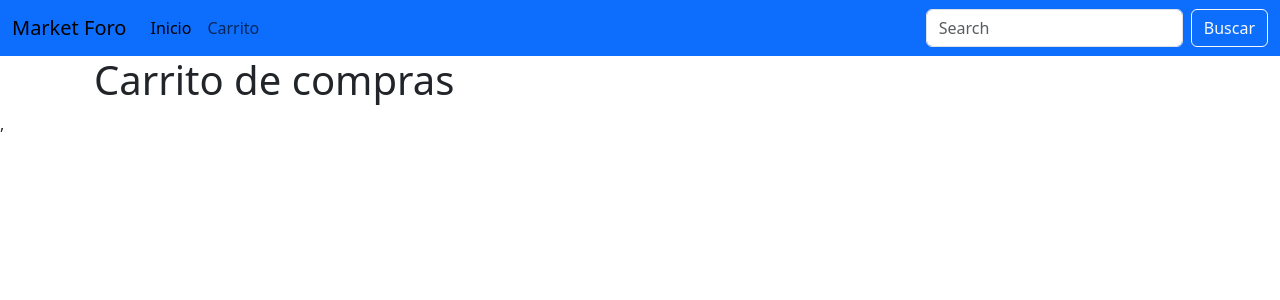
Repository: ikabeee/shopping-car
Page: /cart
An editor plug-in stored every save of this project. The page is shown before and after the next save, followed by the edit.
The browser window is 1280 px wide. The pictures show the whole page.
The project was rebuilt for these pictures with package versions that can differ from the ones it lists, and the page was loaded fresh each time. Also part of the build but not shown: vite.config.ts, src/pages/Home.tsx, src/pages/About.tsx.

Above is the page before, as saved 2024-10-18 14:26:25.

### index.html
<!doctype html>
<html lang="en">
  <head>
    <meta charset="UTF-8" />
    <link rel="icon" type="image/svg+xml" href="/vite.svg" />
    <meta name="viewport" content="width=device-width, initial-scale=1.0" />
    <title>Carrito de Compras</title>
  </head>
  <body>
    <div id="root"></div>
    <script type="module" src="/src/main.tsx"></script>
  </body>
</html>

### src/main.tsx
import { StrictMode } from 'react'
import { createRoot } from 'react-dom/client'
import App from './App.tsx'
import { BrowserRouter } from 'react-router-dom'


createRoot(document.getElementById('root')!).render(
  <BrowserRouter>
    <StrictMode>
      <App />
    </StrictMode>,
  </BrowserRouter>
)

### src/App.tsx

//Importar los estilos de bootstrap7

import 'bootstrap/dist/css/bootstrap.min.css';
import { Route, Routes } from 'react-router-dom';

import Header from './components/Header'
import Home from './pages/Home';
import Cart from './pages/Cart';
import About from './pages/About';




function App() {


  return (
    <>
      <Header/>
      <Routes>
        <Route path='/' element={<Home/>}/>
        <Route path='/cart' element={<Cart/>}/>
        <Route path='/about-us' element={<About/>} />
      </Routes>

    </>
  )
}

export default App

### src/components/Header.tsx
import { Link } from "react-router-dom"

const Header = () => {

    return (
        <>
            <nav className="navbar navbar-expand-lg bg-primary">
                <div className="container-fluid">
                    <a className="navbar-brand" href="#"> Market Foro </a>
                    <div className="collapse navbar-collapse" id="navbarTogglerDemo02">
                        <ul className="navbar-nav me-auto mb-2 mb-lg-0">
                            <li className="nav-item">
                                <Link className="nav-link active" aria-current="page" to="/"> Inicio </Link>
                            </li>
                            <li className="nav-item">
                                <Link className="nav-link" to="/car"> Carrito </Link>
                            </li>
                        </ul>
                        <div className="d-flex" role="search">
                            <input className="form-control me-2" type="search" placeholder="Search" aria-label="Search" />
                            <button className="btn btn-outline-light" > Buscar </button>
                        </div>
                    </div>
                </div>
            </nav>
        </>
    )
}

export default Header

### src/pages/Cart.tsx
const Cart = () => {
    return (
        <>
            <h1 className='container'>
                <div className="container">
                    Carrito de compras
                </div>
            </h1>

        </>
    )
}

export default Cart

After the next save:
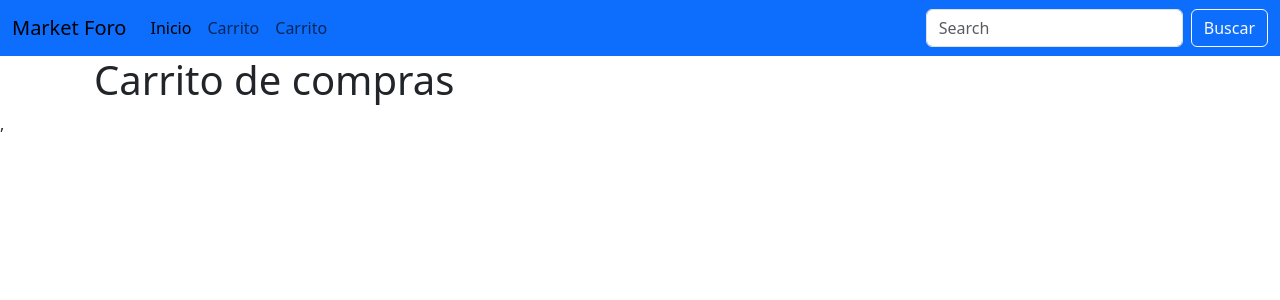
Saved 61 s later.
--- a/src/components/Header.tsx
+++ b/src/components/Header.tsx
@@ -15,6 +15,9 @@
                             <li className="nav-item">
                                 <Link className="nav-link" to="/car"> Carrito </Link>
                             </li>
+                            <li className="nav-item">
+                                <Link className="nav-link" to="/car"> Carrito </Link>
+                            </li>
                         </ul>
                         <div className="d-flex" role="search">
                             <input className="form-control me-2" type="search" placeholder="Search" aria-label="Search" />
